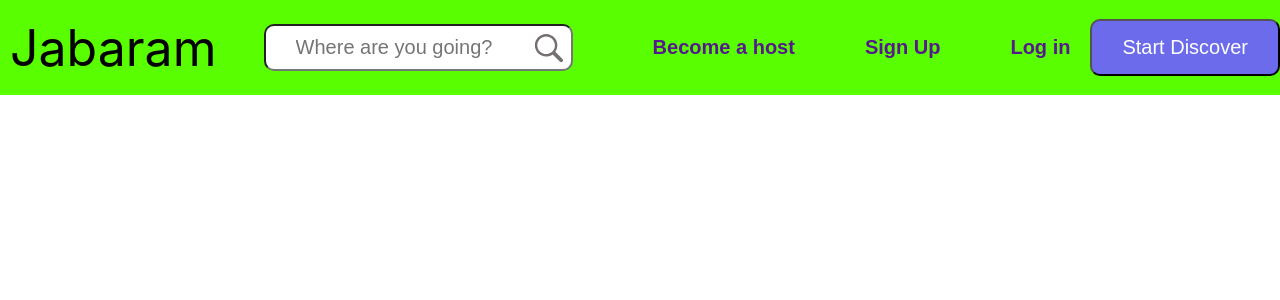
Repository: manahiang/Jabaram-web
Page: / (app in src/)
An editor plug-in stored every save of this project. The page is shown before and after a run of saves, followed by the edit.
The browser window is 1280 px wide. The pictures show the whole page.
The project was rebuilt for these pictures with package versions that can differ from the ones it lists, and the page was loaded fresh each time. Also part of the build but not shown: src/src/App.css.

Above is the page before, as saved 2022-11-30 09:52:50.

### src/src/index.css
body {
  margin: 0;
  padding: 0;
  font-family: -apple-system, BlinkMacSystemFont, 'Segoe UI', 'Roboto', 'Oxygen',
    'Ubuntu', 'Cantarell', 'Fira Sans', 'Droid Sans', 'Helvetica Neue',
    sans-serif;
  -webkit-font-smoothing: antialiased;
  -moz-osx-font-smoothing: grayscale;
}

code {
  font-family: source-code-pro, Menlo, Monaco, Consolas, 'Courier New',
    monospace;
}
.container{
  width: 100%;
  height: auto;
  background-color: rgb(227, 212, 194);
}
.header{
  max-width: 1780px;
  height: auto;
  background-color: rgb(89, 255, 0);
  margin: auto;
  display: flex;
  align-items: center;
  justify-content:space-between
}
.header ul li{
  display: inline-block;
  padding: 20px;
  margin-left: 20px;
  transition: all 0.5s;
}
.header ul li a{
  text-decoration: none;
  font-size: 20px;
  font-family:Arial, Helvetica, sans-serif;
  font-weight: 800;
 transition: all 0.5s;
 margin-left: 10px;
}
.header ul li:hover {
  color: rgb(41, 34, 34);
  background-color: rgb(195, 173, 173);
  border-radius: 10px;
}
.menu input{
  padding: 10px;
  outline: none;
  border-radius: 10px;
  padding-left: 30px;
  font-size: 20px;
}
.menu ul   button{
  font-size: 20px;
  background-color: rgb(107, 107, 235);
  color: white;
  padding: 15px;
  padding-left: 30px;
  padding-right: 30px;
  border-radius: 10px;
  outline: none;
  cursor: pointer;
}
.icon-search{
  font-size: 30px;
  color: rgb(117, 111, 111);
}
.icon-search-Go{
  transform: translate(-40px,10px);
  transition: all 0.6s;
}
.icon-search:hover .icon-search-Go{
  background-color: red;
  cursor: pointer;
}
/* Logo */

.logo{
  margin-left: 10px;
  font-size: 50px;
  cursor: pointer;
}

### src/src/App.js

import './App.css';
import'./index.css';
import Header from './header';

function App() {
  return (
    <>
    <Header/>
    </>
  );
}

export default App;

### src/src/header.js
import React from 'react'
import { GoSearch } from "react-icons/go";

function Header() {
    return (
        <div className='container'>
            <div className='header'>
                <div className='logo'>Jabaram</div>
                <div className='menu'>
                    <ul>
                        <input placeholder='Where are you going?' />
                        <span className='icon-search'><GoSearch className='icon-search-Go'/></span>
                        <li><a href=''>Become a host</a></li>
                        <li><a href=''>Sign Up</a></li>
                        <li><a href=''>Log in</a></li>
                        <button>Start Discover</button>
                    </ul>
                </div>
            </div>
        </div>
    )
}

export default Header

Loaded but not shown: src/public/index.html (common file); src/src/index.js (common file); src/src/reportWebVitals.js (common file)

After the next 3 saves:
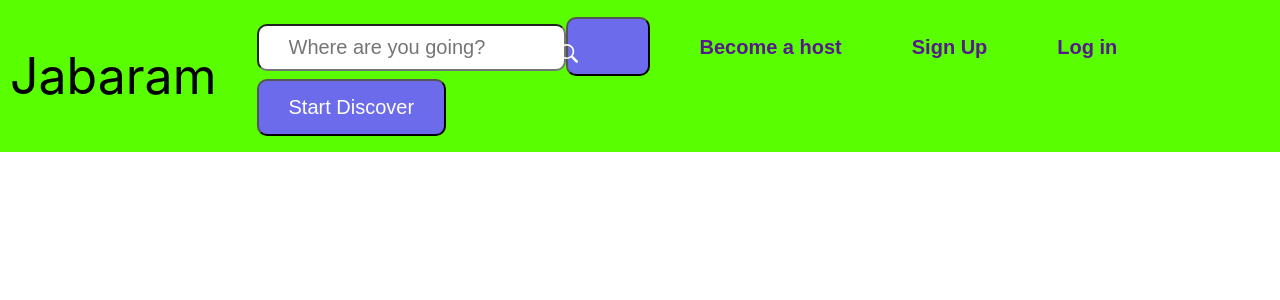
The 3 saves are shown as one change because 1 did not build or start and some came seconds apart.
The last was saved 2 min 37 s later.
--- a/src/src/header.js
+++ b/src/src/header.js
@@ -9,7 +9,7 @@
                 <div className='menu'>
                     <ul>
                         <input placeholder='Where are you going?' />
-                        <span className='icon-search'><GoSearch className='icon-search-Go'/></span>
+                        <button className='icon-search'><GoSearch className='icon-search-Go'/></button>
                         <li><a href=''>Become a host</a></li>
                         <li><a href=''>Sign Up</a></li>
                         <li><a href=''>Log in</a></li>

After the 4 saves that followed:
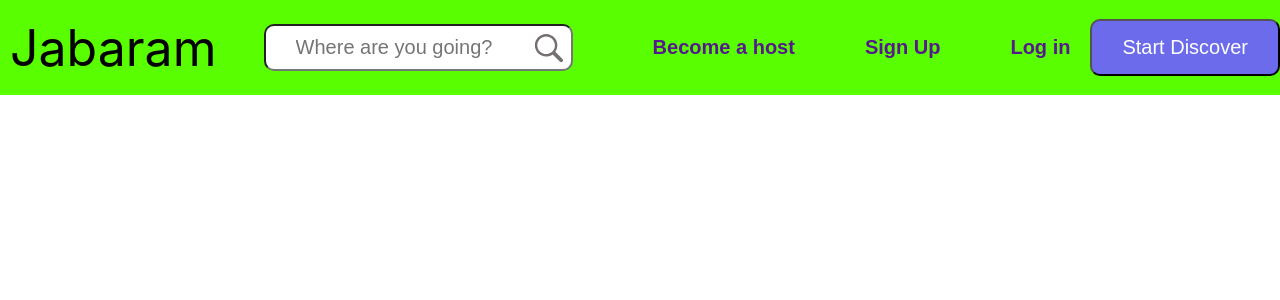
The 4 saves are shown as one change because they came seconds apart.
The last was saved 2 min 19 s later.
--- a/src/src/header.js
+++ b/src/src/header.js
@@ -9,7 +9,7 @@
                 <div className='menu'>
                     <ul>
                         <input placeholder='Where are you going?' />
-                        <button className='icon-search'><GoSearch className='icon-search-Go'/></button>
+                        <span className='icon-search'><GoSearch className='icon-search-Go'/></span>
                         <li><a href=''>Become a host</a></li>
                         <li><a href=''>Sign Up</a></li>
                         <li><a href=''>Log in</a></li>
